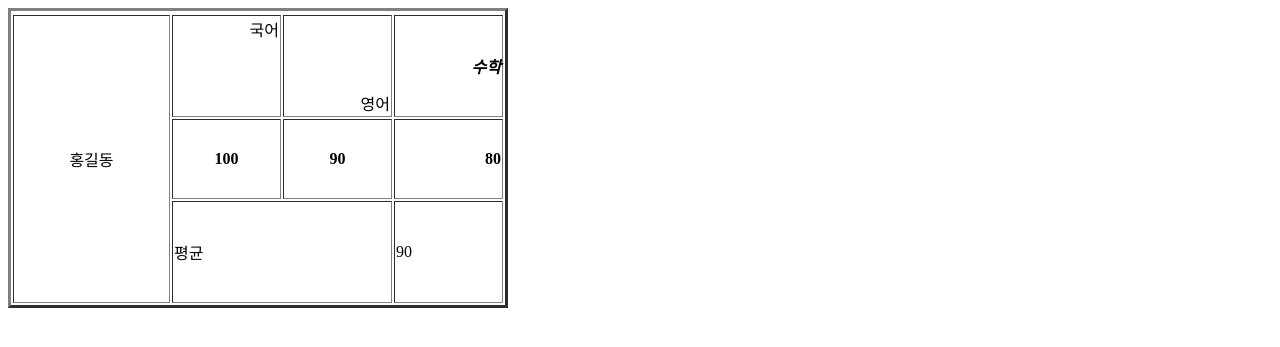
Repository: bjKim2/JSP
Page: HTML/src/main/webapp/Lec03.html
The author's editor kept a copy of each file at every save. The page is drawn from the files as they stood at one save, then again after the next save.
The browser window is 1280 px wide. The pictures show the whole page.

Above is the page before, as saved 2022-03-15 02:31:36.

### HTML/src/main/webapp/Lec03.html
<!DOCTYPE html>
<html>
	<head>
		<meta charset="UTF-8">
		<title>Insert title here</title>
	</head>
	<body>
		<table border= "3" width = "500" height = "300">
			<tr>

			</tr>

			<tr align = "right">
				<td rowspan = "3" align = "center"> 홍길동 </td>
				<td valign = "top">국어</td>
				<td valign = "bottom">영어</td>
				<td valign = "middle"><i><b>수학</b></i></td>
			</tr>
			<tr>
				<th >100</th>
				<th  align = "center">90</th>
				<th align = "right">80</th>

			</tr>
			<tr>

				<td colspan = "2">평균</td>
				<td>90</td>


			</tr>


		</table>
	</body>
</html>

After the next save:
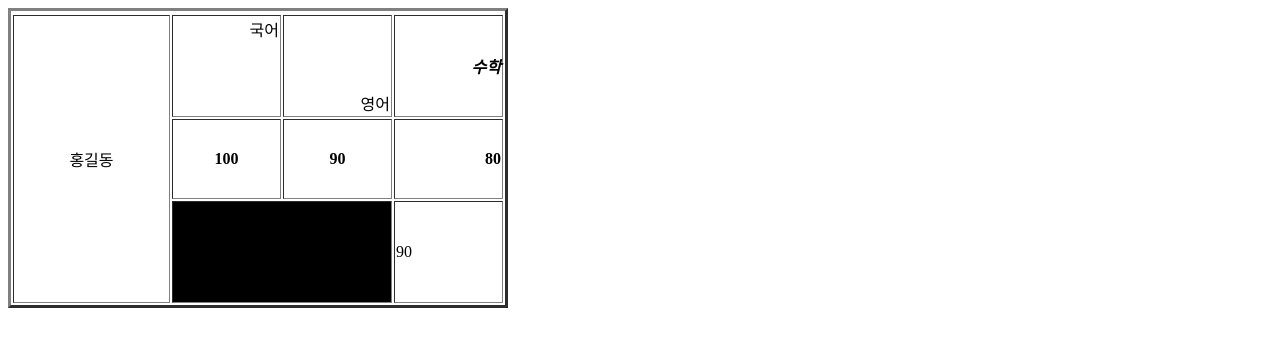
Saved 66 s later.
--- a/HTML/src/main/webapp/Lec03.html
+++ b/HTML/src/main/webapp/Lec03.html
@@ -24,7 +24,7 @@
 			</tr>
 			<tr>
 
-				<td colspan = "2">평균</td>
+				<td bgcolor = '1' colspan = "2">평균</td>
 				<td>90</td>
 
 
